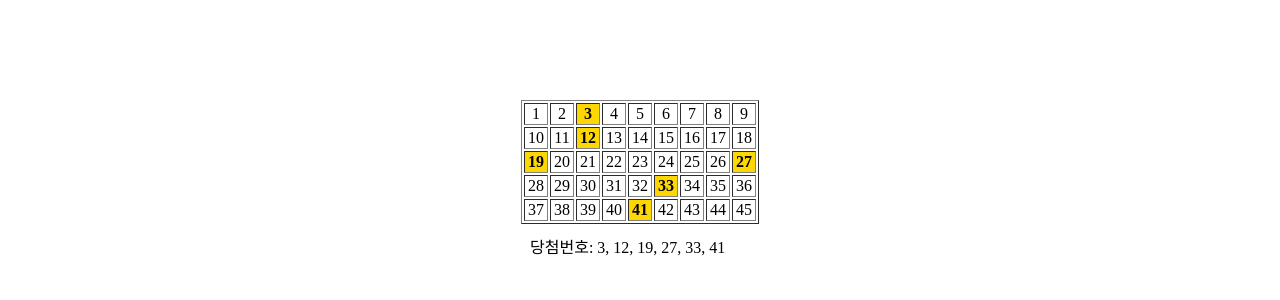
Repository: kkw3202/Jsp2026
Page: http://localhost/chapter01/example_lotto.jsp
An editor plug-in stored every save of this project. The page is shown before and after a run of saves, followed by the edit.
The browser window is 1280 px wide. The pictures show the whole page.
The page is served by Tomcat 9.

Above is the page before, as saved 2026-10-16 06:40:15.

### chapter01/src/main/webapp/example_lotto.jsp
<%@ page language="java" contentType="text/html; charset=UTF-8"
    pageEncoding="UTF-8" import="java.util.*"%>
<!DOCTYPE html>
<html>
<head>
<meta charset="UTF-8">
<title>Insert title here</title>
</head>
<body>
	<%!
	int[] winNums = {3, 12, 19, 27, 33, 41};
	public boolean isWinning(int num){

		boolean result = false;

		for(int a : winNums){
			if(a == num) result = true;
		}

		return result;
	}
	%>
	<table border="1px" style="margin: 100px auto 10px auto; text-align: center;" >
		<tbody>
			<%
			int numPrt = 0;
			for(int i = 0; i<5; i++){
				out.print("<tr>");
				for(int j = 0; j<9; j++){
					numPrt++;
				%>
					<td style="width: 20px; background-color: <%= isWinning(numPrt) ? "gold; font-weight: bold" : "inherit"%>"><%= numPrt %></td>
				<%
				}
				out.print("</tr>");
			}
			%>
		</tbody>
	</table>
	<p style="display:block; margin: 0px auto; width: 220px;">당첨번호:
	<%
	for(int i =0; i<winNums.length; i++) {
		if(i!=winNums.length-1) out.print(winNums[i] + ", ");
		else out.print(winNums[i]);
	}
	%></p>

</body>
</html>

After the next 2 saves:
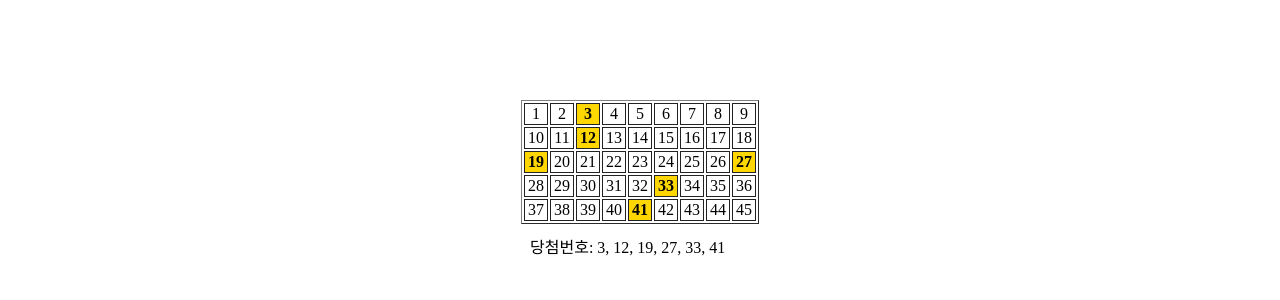
The 2 saves are shown as one change because they came seconds apart.
The last was saved 4 min 52 s later.
--- a/chapter01/src/main/webapp/example_lotto.jsp
+++ b/chapter01/src/main/webapp/example_lotto.jsp
@@ -29,7 +29,9 @@
 				for(int j = 0; j<9; j++){
 					numPrt++;
 				%>
-					<td style="width: 20px; background-color: <%= isWinning(numPrt) ? "gold; font-weight: bold" : "inherit"%>"><%= numPrt %></td>
+					<td style="border:1px solid #222 ;width: 20px; background-color:
+					<%= isWinning(numPrt) ? "gold; font-weight: bold" : "inherit"%>">
+					<%= numPrt %></td>
 				<%
 				}
 				out.print("</tr>");
